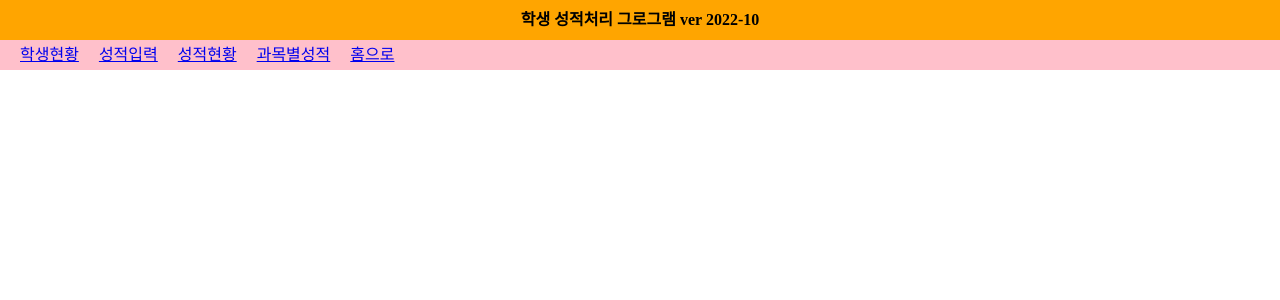
Repository: GotChun/license_practice
Page: http://localhost/HRD_0525/
The author's editor kept a copy of each file at every save. The page is drawn from the files as they stood at one save, then again after the next save.
The browser window is 1280 px wide. The pictures show the whole page.
The page is served by Tomcat 9.

Above is the page before, as saved 2025-02-22 07:31:20.

After the next save:
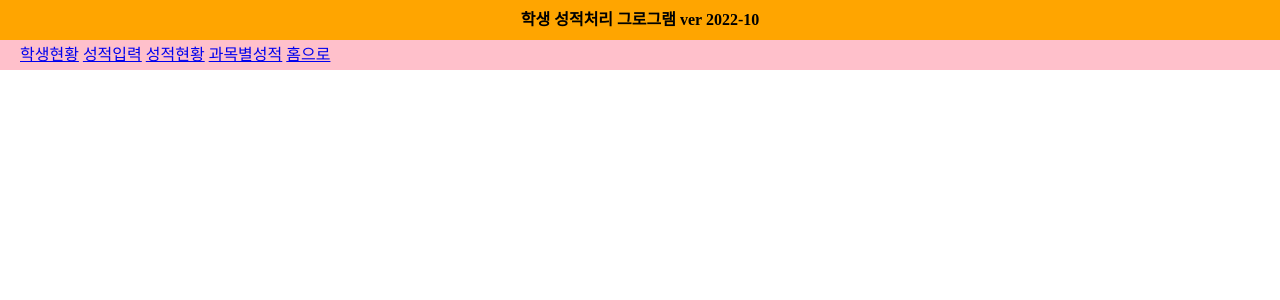
Saved 9 s later.
--- a/HRD_0525/src/main/webapp/index.jsp
+++ b/HRD_0525/src/main/webapp/index.jsp
@@ -13,7 +13,7 @@
 		<b>학생 성적처리 그로그램 ver 2022-10</b>
 	</header>
 
-	<nav style="position:fixed; top:40px; left:0px; width:100%; height:30px; line-height:30px; background-color: pink; padding-left:20px; display:flex; justify-content:flex-start; align-items: center; gap:20px;">
+	<nav style="position:fixed; top:40px; left:0px; width:100%; height:30px; line-height:30px; background-color: pink; padding-left:20px; ">
 		<a href="slist.jsp">학생현황</a>
 		<a href="insert.jsp">성적입력</a>
 		<a href="jumlist.jsp">성적현황</a>
